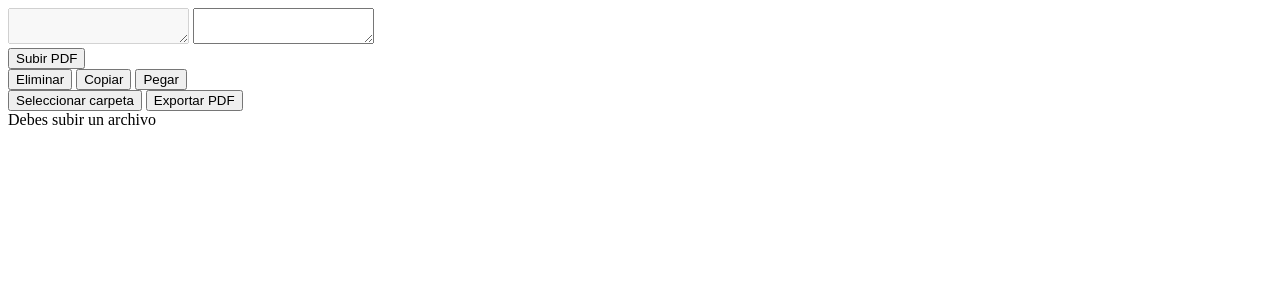
Repository: d3v0l0p3rs/pdf-spliteador
Page: src/index.html
The author's editor kept a copy of each file at every save. The page is drawn from the files as they stood at one save, then again after the next save.
The browser window is 1280 px wide. The pictures show the whole page.

Above is the page before, as saved 2020-10-21 16:27:03.

### src/index.html
<!DOCTYPE html>
<html>
  <head>
    <meta charset="UTF-8">
    <title>Separador de PDFs</title>
  </head>
  <body>
    <div id="main-content">
      <div id="text-areas">
        <textarea id="number-lines" name="number-lines" disabled></textarea>
        <textarea id="name-lines" name="name-lines"></textarea>
      </div>
      <div id="actions">
        <div id="buttons">
          <button type="button" id="upload-pdf" class="action-row btn btn-primary">Subir PDF</button>
          <input type="file" id="upload-pdf-input" name="upload-pdf" accept=".pdf" class="action-row btn btn-primary" style="display:none;">
          <div id="text-actions" class="action-row btn-group" role="group">
            <button type="button" id="delete-text" class="text-action btn btn-danger">Eliminar</button>
            <button type="button" id="copy-text" class="text-action btn btn-info">Copiar</button>
            <button type="button" id="paste-text" class="text-action btn btn-warning">Pegar</button>
          </div>
          <button type="button" id="choose-folder" class="action-row btn btn-primary">Seleccionar carpeta</button>
          <button type="button" id="export-pdf" class="action-row btn btn-primary">Exportar PDF</button>
        </div>
        <div id="messages">
          <div class="alert alert-warning" role="alert">
            Debes subir un archivo
          </div>
        </div>
      </div>
    </div>
  </body>
</html>

After the next save:
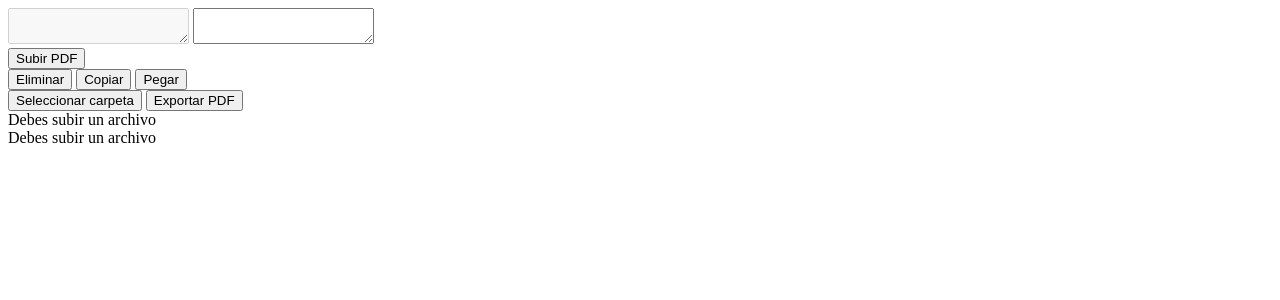
Saved 38 s later.
--- a/src/index.html
+++ b/src/index.html
@@ -26,6 +26,9 @@
           <div class="alert alert-warning" role="alert">
             Debes subir un archivo
           </div>
+          <div class="alert alert-warning" role="alert">
+            Debes subir un archivo
+          </div>
         </div>
       </div>
     </div>
